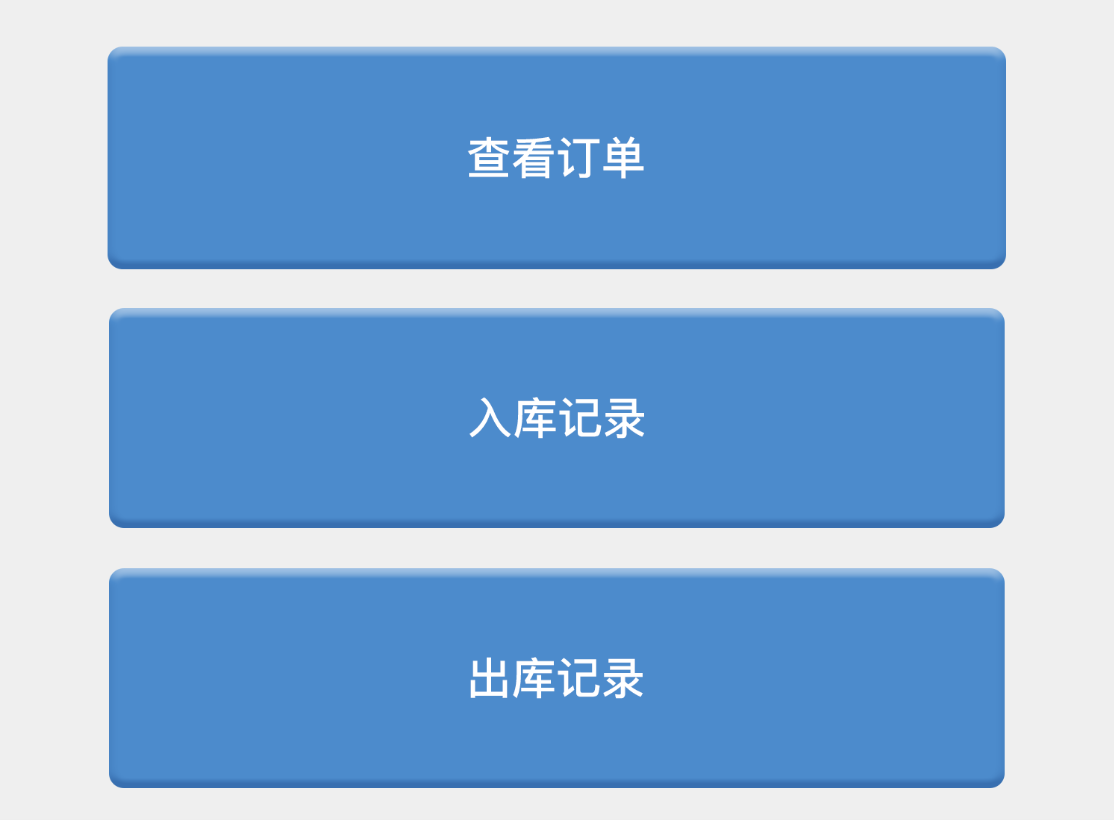
Repository: missing-star/produce
Page: Kindex.html
The author's editor kept a copy of each file at every save. The page is drawn from the files as they stood at one save, then again after the next save.
The browser window is 1280 px wide. The pictures show the whole page, at 87% of full size.

Above is the page before, as saved 2019-05-21 11:03:38.

### Kindex.html
<!DOCTYPE html>
<html lang="en">

<head>
    <meta charset="UTF-8">
    <meta content="width=device-width, initial-scale=1.0, maximum-scale=1.0, user-scalable=0;" name="viewport" />
    <meta http-equiv="X-UA-Compatible" content="ie=edge">
    <title>首页</title>
    <link rel="stylesheet" href="css/base.css">
    <link rel="stylesheet" href="css/Kindex.css">
</head>

<body>
    <div id="app">
        <div class="banner">
            <img src="img/look.png" alt="" @click="golook">
            <img src="img/goin.png" alt="" @click="goIn">
            <img src="img/out.png" alt="" @click="goOut">
        </div>
    </div>
</body>

</html>
<script src="js/jquery.min.js"></script>
<script src="js/vue.js"></script>
<script src="js/api.js"></script>
<script src="js/Kindex.js"></script>

### css/base.css
/* http://meyerweb.com/eric/tools/css/reset/
   v2.0 | 20110126
   License: none (public domain)
*/

html,
body,
div,
span,
applet,
object,
iframe,
h1,
h2,
h3,
h4,
h5,
h6,
p,
blockquote,
pre,
a,
abbr,
acronym,
address,
big,
cite,
code,
del,
dfn,
em,
img,
ins,
kbd,
q,
s,
samp,
small,
strike,
strong,
sub,
sup,
tt,
var,
b,
u,
i,
center,
dl,
dt,
dd,
ol,
ul,
li,
fieldset,
form,
label,
legend,
table,
caption,
tbody,
tfoot,
thead,
tr,
th,
td,
article,
aside,
canvas,
details,
embed,
figure,
figcaption,
footer,
header,
hgroup,
menu,
nav,
output,
ruby,
section,
summary,
time,
mark,
audio,
video {
    margin: 0;
    padding: 0;
    border: 0;
    font-size: 100%;
    font: inherit;
    vertical-align: baseline;
}

/* HTML5 display-role reset for older browsers */
article,
aside,
details,
figcaption,
figure,
footer,
header,
hgroup,
menu,
nav,
section {
    display: block;
}

body {
    line-height: 1;
}

ol,
ul {
    list-style: none;
}

blockquote,
q {
    quotes: none;
}

blockquote:before,
blockquote:after,
q:before,
q:after {
    content: '';
    content: none;
}

table {
    border-collapse: collapse;
    border-spacing: 0;
}


body,
html {
    font-size: calc(100vw / 3.75);
    background: #efefef;
    font-family: PingFangSC-Regular;
}


[v-cloak] {
    display: none;
}


hr {
    margin: 0;
    padding: 0;
}

/* .container {
    width: 90%;
    max-width: 1200px;
    margin: 0 auto;
} */

.toast-tips {
    width: 36%;
    background: #323232;
    color: #fff;
    font-size: 12px;
    position: fixed;
    padding: 8px 20px;
    border-radius: 5px;
    left: 32%;
    bottom: 50%;
    text-align: center;
    box-sizing: border-box;
    line-height: 1.5;
}

input::-webkit-outer-spin-button,
input::-webkit-inner-spin-button {
    -webkit-appearance: none;
}

input[type="number"] {
    -moz-appearance: textfield;
}
*{
    touch-action: none;
}

### css/Kindex.css
.banner {
    line-height: 0;
    padding-top: 45px;
    /* display: flex;
    flex-flow: wrap;
    justify-content: space-around; */
}

.banner img {
    display: block;
    margin: 0 auto;
    width: 82%;
    height: 0.8rem;
    margin-bottom: 26px;
    cursor: pointer;
}

### js/api.js
var api = "http://caigou.pzhkj.cn"




function getUrlKey(name) {
    return decodeURIComponent((new RegExp('[?|&]' + name + '=' + '([^&;]+?)(&|#|;|$)').exec(location.href) || [, ""])[1].replace(/\+/g, '%20')) || null
}

// 信息提示框
function toast(msg) {
    var toastWrapper = '<div class="toast-tips">'+msg+'</div>';
    $('body').append(toastWrapper);
    setTimeout(function() {
        $('.toast-tips').fadeOut(1000);
        setTimeout(function(){
        $('.toast-tips').remove();
        }, 1000);
    }, 500);
}
// 混入过滤器
Vue.mixin({
    filters:{
        filterImg(url) {
            return api+url;
        }
    }
});

### js/Kindex.js
var xm = new Vue({
    el: "#app",
    data: {
    },
    methods: {
        golook() {
            window.location.href = "lookProcure.html?id=1"
        },
        goIn() {
            window.location.href = "lookProcure.html?id=2"
        },
        goOut() {
            window.location.href = "lookProcure.html?id=3"
        },
    },

});

Loaded but not shown: js/jquery.min.js (library); js/vue.js (library)

After the next save:
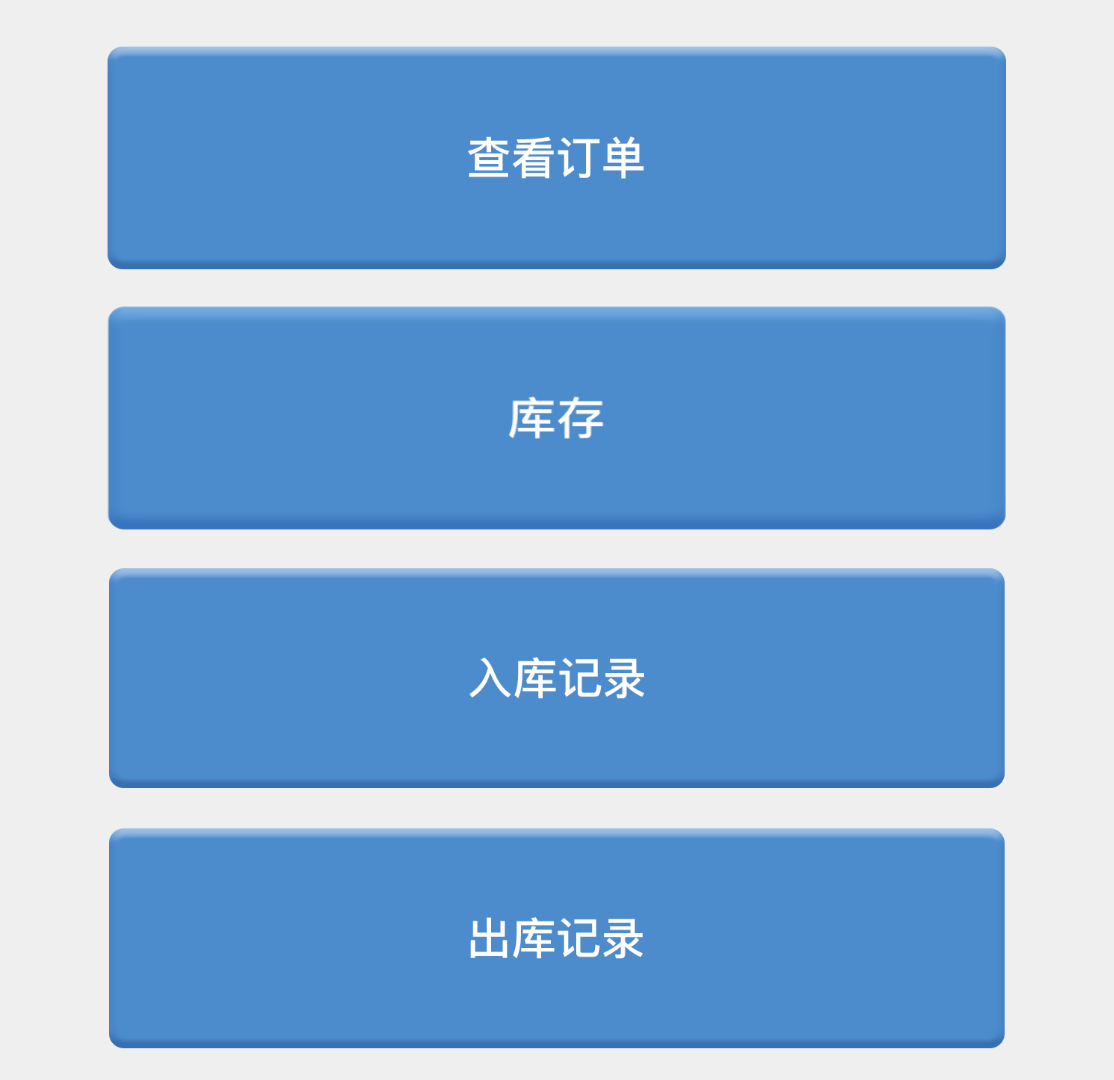
Saved 11 min 17 s later.
--- a/Kindex.html
+++ b/Kindex.html
@@ -14,6 +14,7 @@
     <div id="app">
         <div class="banner">
             <img src="img/look.png" alt="" @click="golook">
+            <img src="img/stock.png" alt="库存" @click="goStock">
             <img src="img/goin.png" alt="" @click="goIn">
             <img src="img/out.png" alt="" @click="goOut">
         </div>
